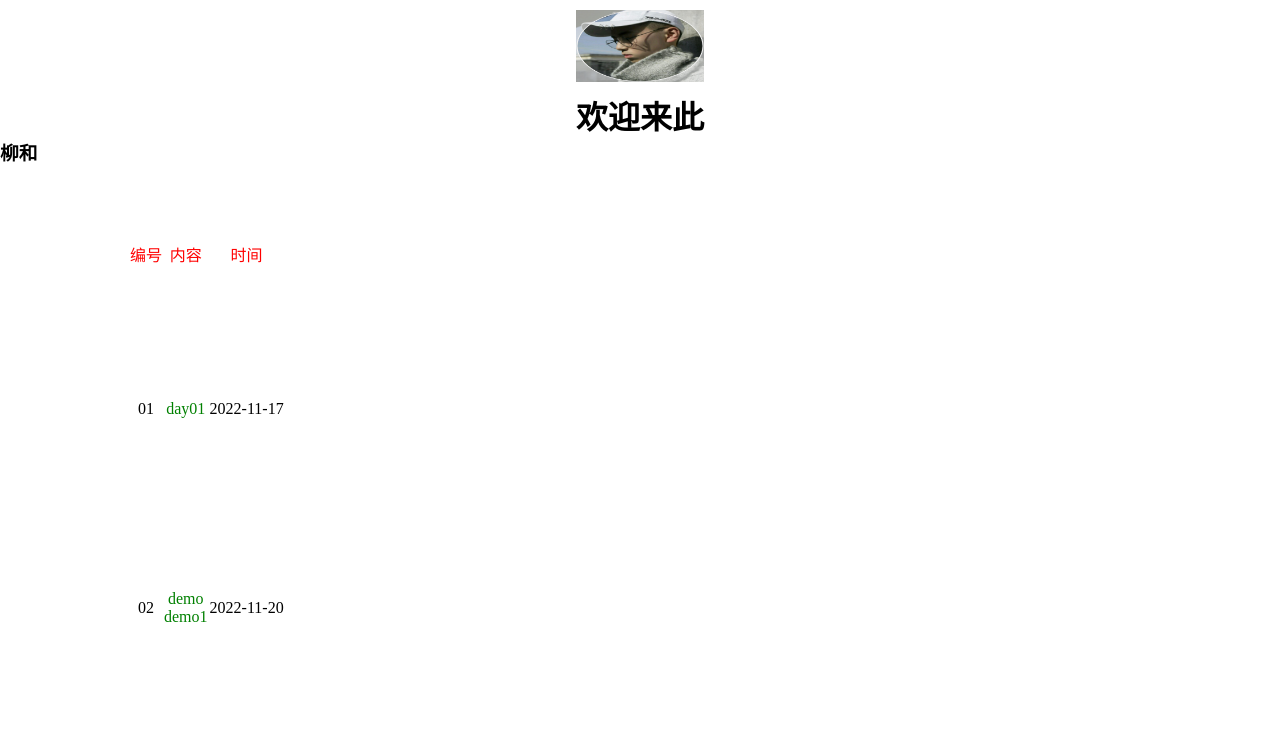
Repository: FengMo1314/JavaWeb
Page: http://localhost/JavaWeb_chen/
An editor plug-in stored every save of this project. The page is shown before and after the next save, followed by the edit.
The browser window is 1280 px wide. The pictures show the whole page.
The page is served by Tomcat 10.

Above is the page before, as saved 2022-11-20 03:04:23.

After the next save:
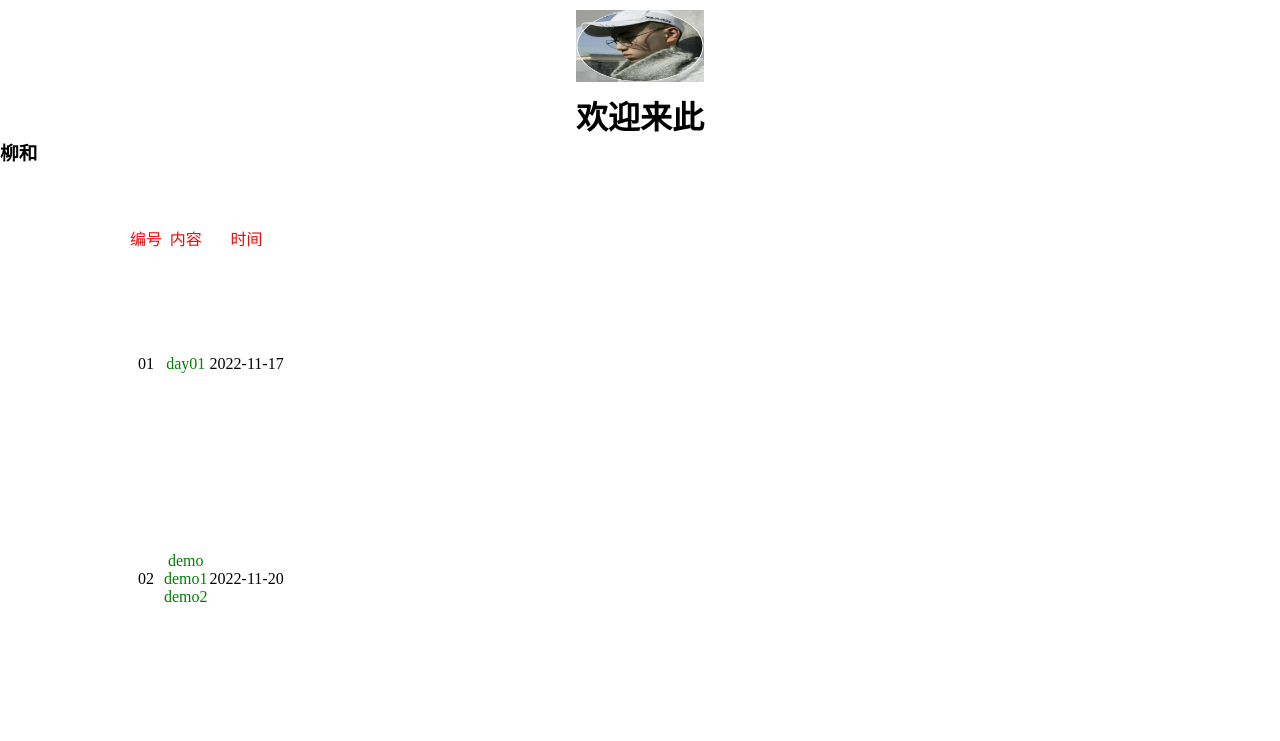
Saved 2 min 46 s later.
--- a/JavaWeb&chen/src/main/webapp/index.jsp
+++ b/JavaWeb&chen/src/main/webapp/index.jsp
@@ -36,6 +36,9 @@
 			<p>
 			<a href="day02-1">demo1</a>
 			</p>
+			<p>
+			<a href="/JavaWeb&chen/src/main/webapp/html/demo.html">demo2</a>
+			</p>
 			</td>
 			<td>2022-11-20</td>
 			</tr>
